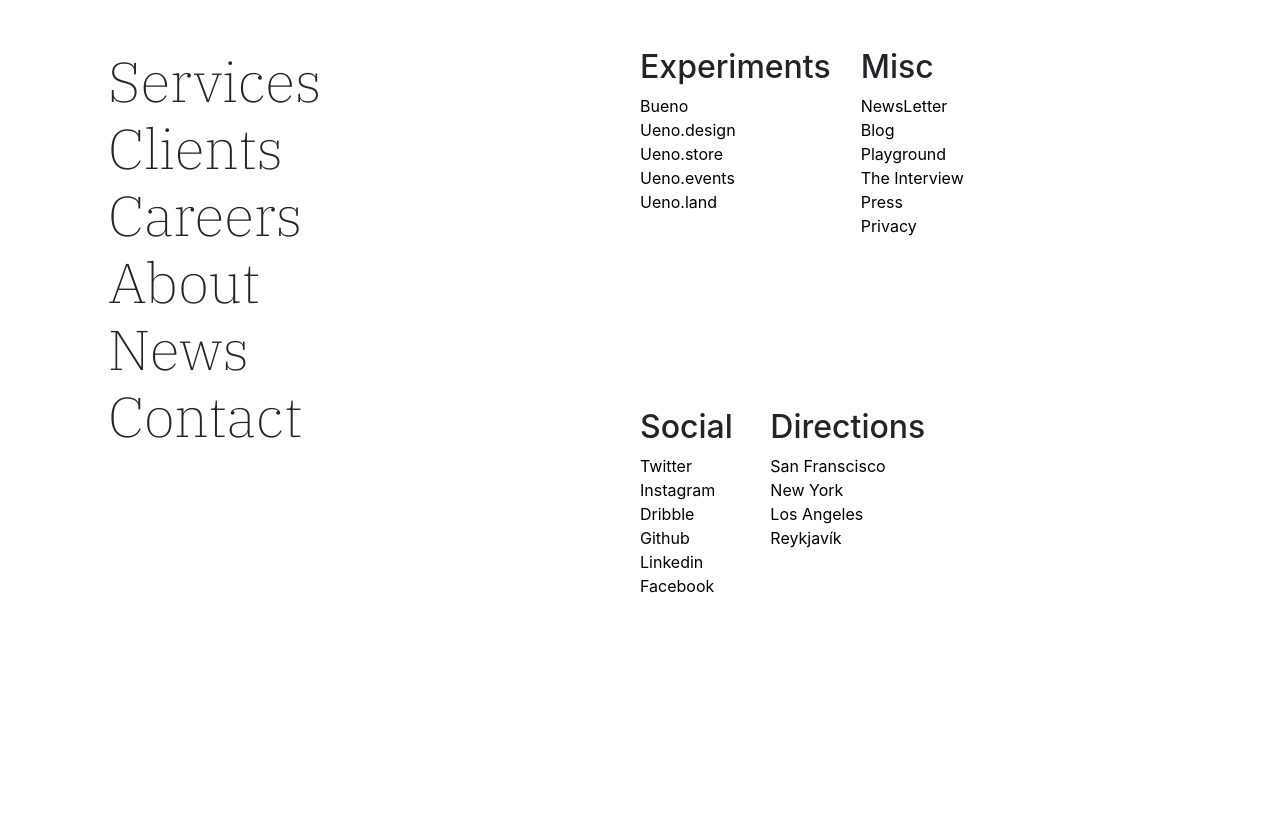
Repository: DeepaPrasanna/UenoClone
Page: /
The author's editor kept a copy of each file at every save. The page is drawn from the files as they stood at one save, then again after the next save.
The browser window is 1280 px wide. The pictures show the whole page.
The project was rebuilt for these pictures with package versions that can differ from the ones it lists, and the page was loaded fresh each time. Also part of the build but not shown: src/components/Layout/Header.js.

Above is the page before, as saved 2021-05-04 17:05:39.

After the next save:
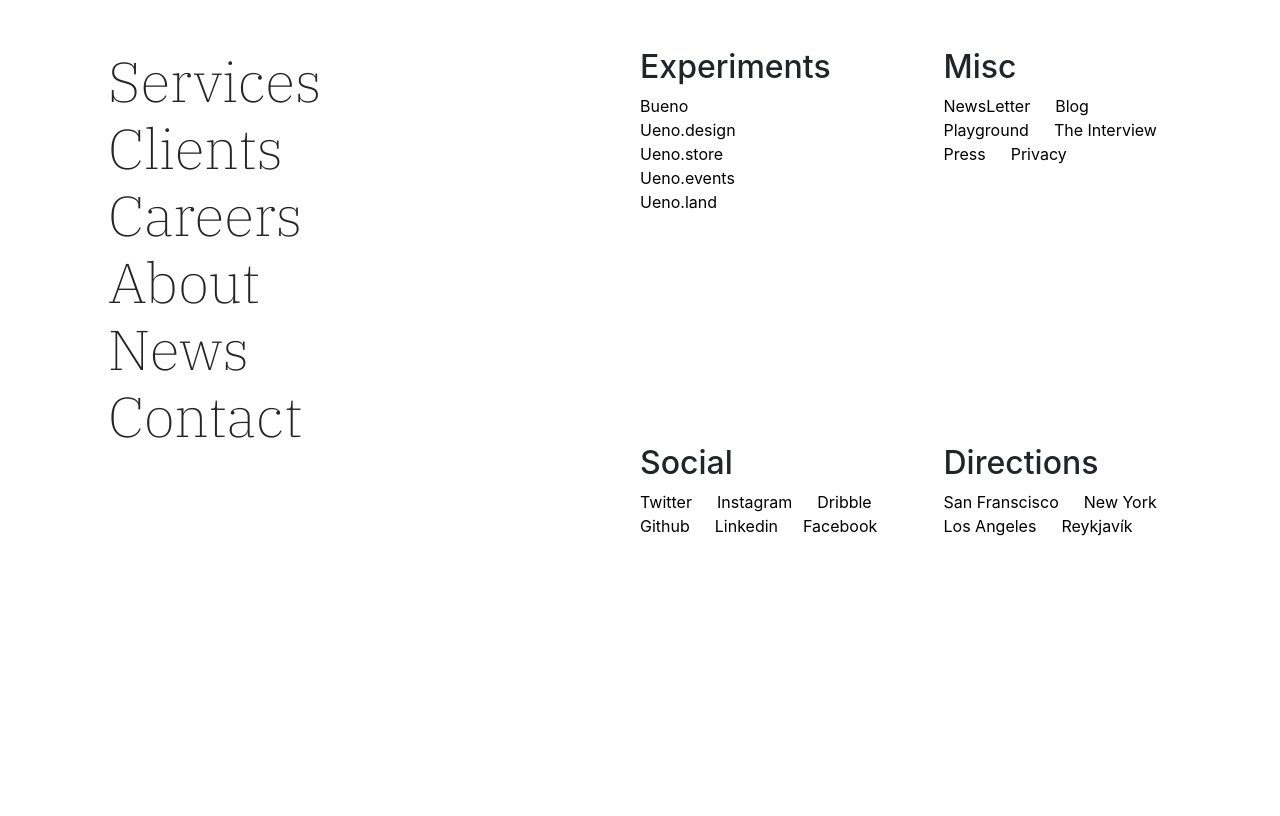
Saved 77 s later.
--- a/src/components/Layout/Screen.js
+++ b/src/components/Layout/Screen.js
@@ -61,7 +61,7 @@
             </Col>
             <Col className="screen-second-column-columns">
               <h2>Misc</h2>
-              <Nav className="flex-column">
+              <Nav className="">
                 <Nav.Link href="#" className="screen-second-column-links">
                   NewsLetter
                 </Nav.Link>
@@ -83,10 +83,10 @@
               </Nav>
             </Col>
           </Row>
-          <Row className="flex-row">
+          <Row className="">
             <Col className="screen-second-column-columns">
               <h2>Social</h2>
-              <Nav className="flex-column">
+              <Nav className="">
                 <Nav.Link href="#" className="screen-second-column-links">
                   Twitter
                 </Nav.Link>
@@ -109,7 +109,7 @@
             </Col>
             <Col className="screen-second-column-columns">
               <h2>Directions</h2>
-              <Nav className="flex-column">
+              <Nav className="">
                 <Nav.Link href="#" className="screen-second-column-links">
                   San Franscisco
                 </Nav.Link>
